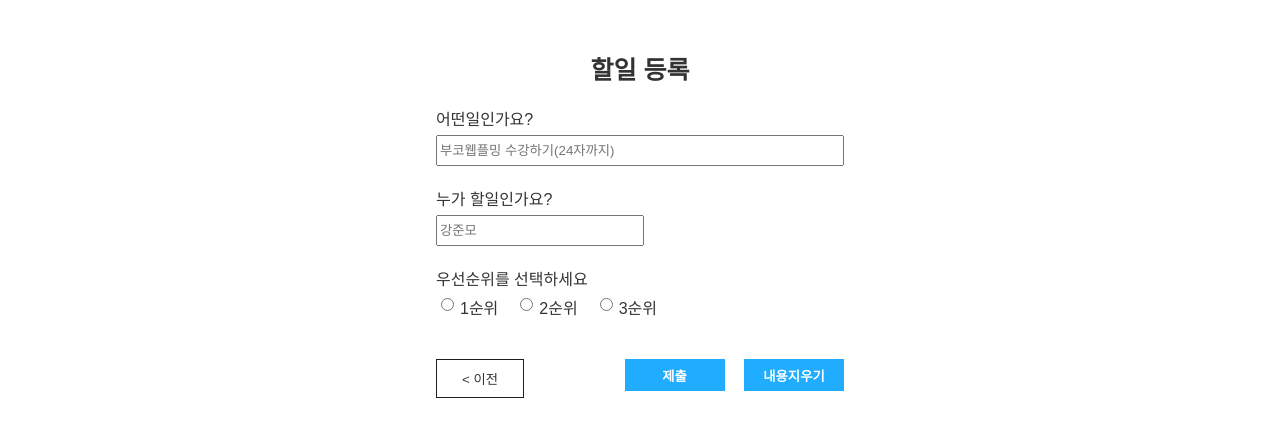
Repository: JmKanmo/BoostCourse_WebProgramming
Page: http://localhost/Todo/TodoFormServlet
These files come from the project's save history. The page is drawn as it stood at one moment and after the next save; the edit follows.
The browser window is 1280 px wide. The pictures show the whole page.
The page is served by Tomcat 9.

Above is the page before, as saved 2020-01-21 02:54:46.

After the next save:
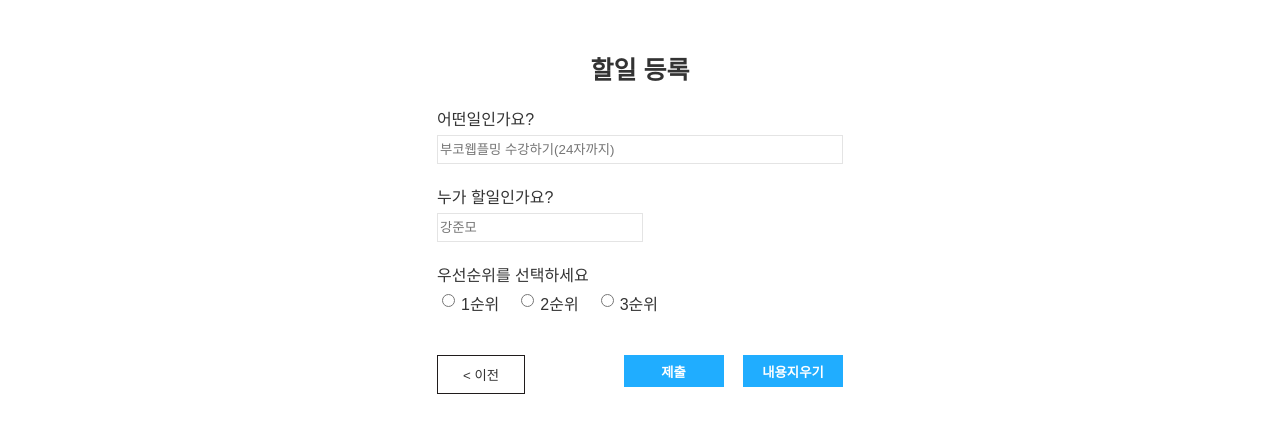
Saved 25 min 8 s later.
--- a/Todo/src/main/webapp/css/todoForm.css
+++ b/Todo/src/main/webapp/css/todoForm.css
@@ -47,6 +47,7 @@ html, body, h1, h2, h3, ul, ol, p, a, dl, dt, dd, figure {
 	width: 400px;
 	height: 25px;
 	margin-top: 5px;
+	border: 1px solid #e4e4e4;
 }
 
 .wrap label {
@@ -58,6 +59,7 @@ html, body, h1, h2, h3, ul, ol, p, a, dl, dt, dd, figure {
 	height: 25px;
 	width: 200px;
 	height: 25px;
+	border: 1px solid #e4e4e4;
 }
 
 .priority_box .priority {
